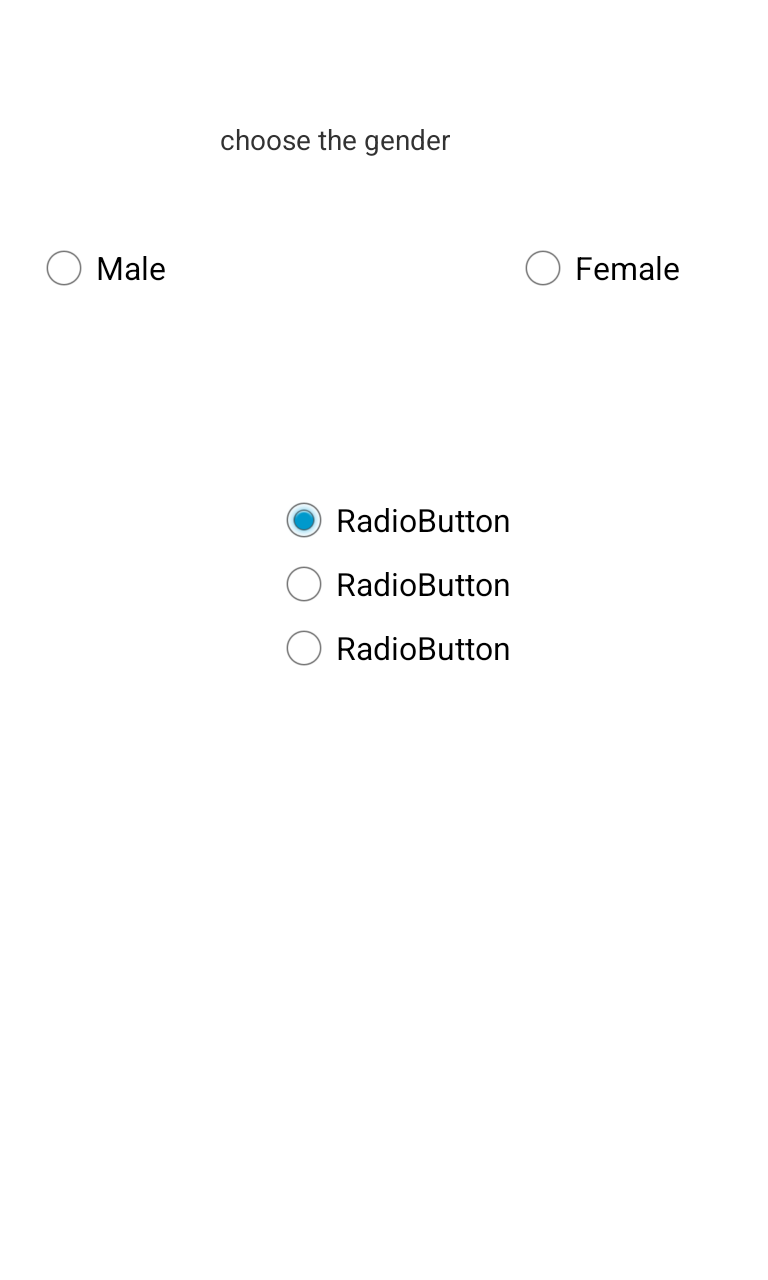
Repository: BhagyalaxmiSD/GitHub
Layout: RadioButtonDemo/res/layout/activity_main.xml
The author's editor kept a copy of each file at every save. The layout is drawn from the files as they stood at one save, then again after the next save.
It is drawn on a 768 x 1280 px phone screen (xhdpi) without system bars, with theme AppTheme; the app's code is not run.

Above is the layout before, as saved 2015-11-13 03:19:27.

### RadioButtonDemo/res/layout/activity_main.xml
<RelativeLayout xmlns:android="http://schemas.android.com/apk/res/android"
    xmlns:tools="http://schemas.android.com/tools"
    android:layout_width="match_parent"
    android:layout_height="match_parent"
    android:paddingBottom="@dimen/activity_vertical_margin"
    android:paddingLeft="@dimen/activity_horizontal_margin"
    android:paddingRight="@dimen/activity_horizontal_margin"
    android:paddingTop="@dimen/activity_vertical_margin"
    tools:context=".MainActivity" >

    <RadioButton
        android:id="@+id/radioButtonchoice1"
        android:layout_width="wrap_content"
        android:layout_height="wrap_content"
        android:layout_alignParentLeft="true"
        android:layout_alignParentTop="true"
        android:layout_marginTop="102dp"
        android:text="Male" />

    <RadioButton
        android:id="@+id/radioButtonchoice2"
        android:layout_width="wrap_content"
        android:layout_height="wrap_content"
        android:layout_alignBaseline="@+id/radioButtonchoice1"
        android:layout_alignBottom="@+id/radioButtonchoice1"
        android:layout_alignParentRight="true"
        android:layout_marginRight="28dp"
        android:text="Female" />

    <TextView
        android:id="@+id/textViewdisplaychoice"
        android:layout_width="wrap_content"
        android:layout_height="wrap_content"
        android:layout_above="@+id/radioButtonchoice2"
        android:layout_alignLeft="@+id/radioButtonchoice1"
        android:layout_marginBottom="39dp"
        android:layout_marginLeft="94dp"
        android:text="choose the gender" />

    <RadioGroup
        android:id="@+id/radioGroup1"
        android:layout_width="wrap_content"
        android:layout_height="wrap_content"
        android:layout_below="@+id/radioButtonchoice1"
        android:layout_marginTop="94dp"
        android:layout_toLeftOf="@+id/radioButtonchoice2" >

        <RadioButton
            android:id="@+id/radiooption1"
            android:layout_width="wrap_content"
            android:layout_height="wrap_content"
            android:checked="true"
            android:text="RadioButton" />

        <RadioButton
            android:id="@+id/radiooption2"
            android:layout_width="wrap_content"
            android:layout_height="wrap_content"
            android:text="RadioButton" />

        <RadioButton
            android:id="@+id/radiooption3"
            android:layout_width="wrap_content"
            android:layout_height="wrap_content"
            android:text="RadioButton" />
    </RadioGroup>

</RelativeLayout>

Loaded but not shown: RadioButtonDemo/res/values/styles.xml (common file); RadioButtonDemo/res/values-v11/styles.xml (common file); RadioButtonDemo/res/values-v14/styles.xml (common file); RadioButtonDemo/res/values/dimens.xml (common file)

After the next save:
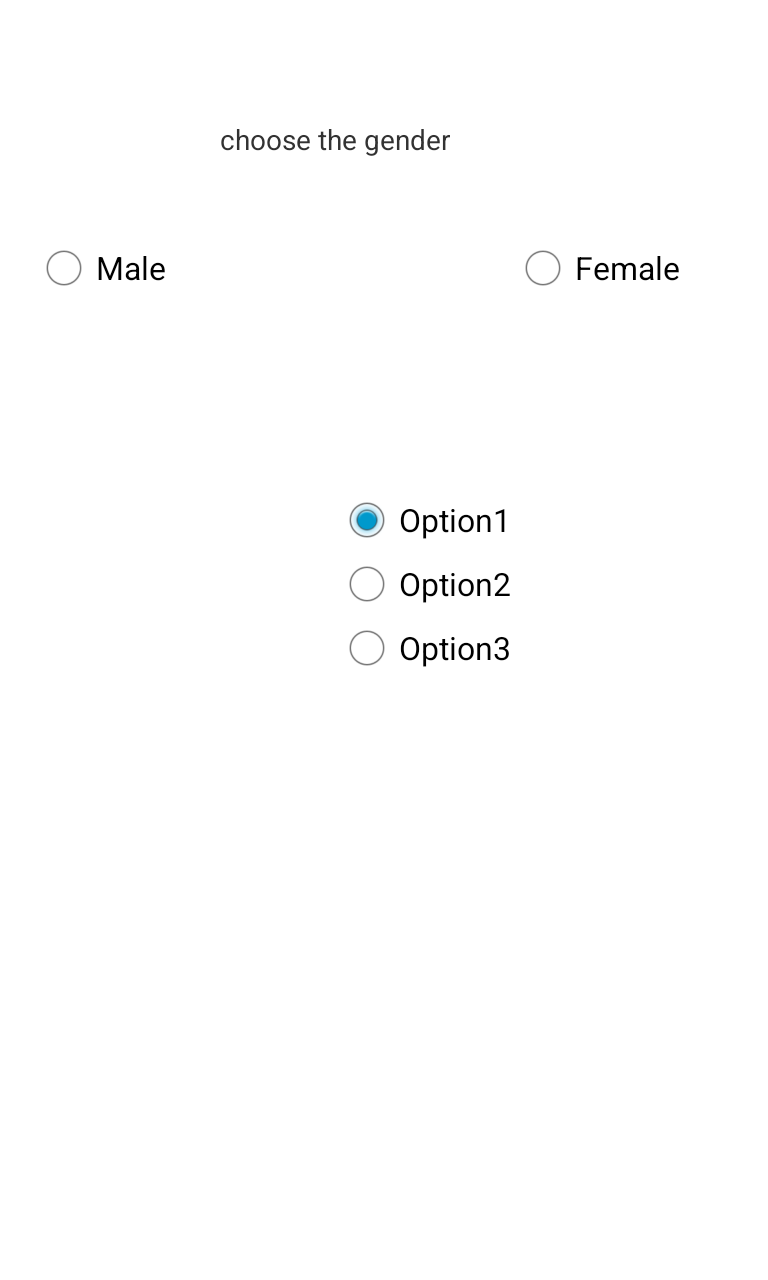
Saved 43 s later.
--- a/RadioButtonDemo/res/layout/activity_main.xml
+++ b/RadioButtonDemo/res/layout/activity_main.xml
@@ -50,19 +50,19 @@
             android:layout_width="wrap_content"
             android:layout_height="wrap_content"
             android:checked="true"
-            android:text="RadioButton" />
+            android:text="Option1" />
 
         <RadioButton
             android:id="@+id/radiooption2"
             android:layout_width="wrap_content"
             android:layout_height="wrap_content"
-            android:text="RadioButton" />
+            android:text="Option2" />
 
         <RadioButton
             android:id="@+id/radiooption3"
             android:layout_width="wrap_content"
             android:layout_height="wrap_content"
-            android:text="RadioButton" />
+            android:text="Option3" />
     </RadioGroup>
 
 </RelativeLayout>
